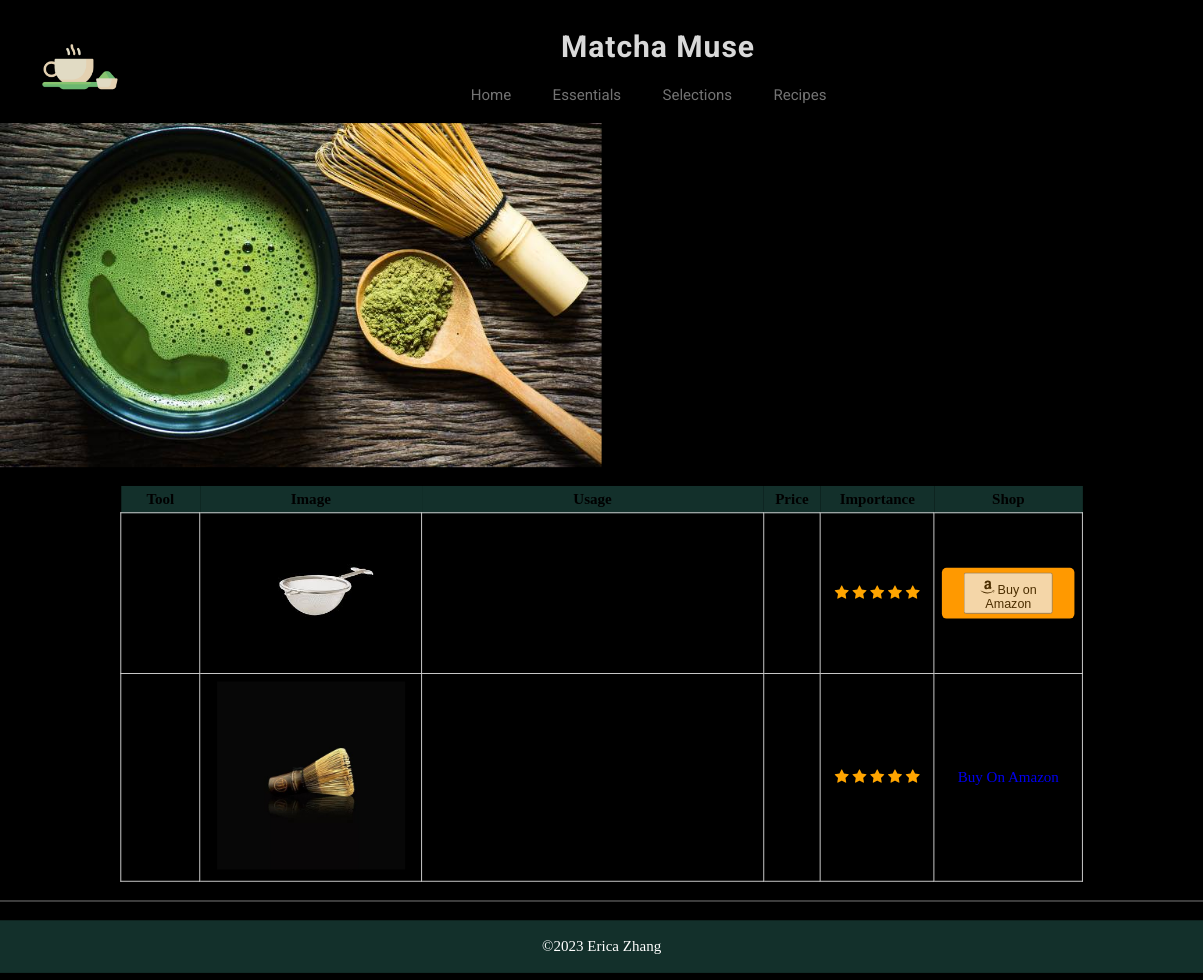
Repository: ericazz17/matchawebsite
Page: essentials.html
The author's editor kept a copy of each file at every save. The page is drawn from the files as they stood at one save, then again after the next save.
The browser window is 1280 px wide. The pictures show the whole page, at 94% of full size.
The pointer rests on the first visible `.buy-now-button`.

Above is the page before, as saved 2023-09-26 05:01:55.

### essentials.html
<!DOCTYPE html>
<html>
<head>
    <title>Matcha Muse</title>
    <link rel="stylesheet" type="text/css" href="essentials.css">
    <link rel="preconnect" href="https://fonts.googleapis.com">
    <link rel="preconnect" href="https://fonts.gstatic.com" crossorigin>
    <link href="https://fonts.googleapis.com/css2?family=Roboto:wght@400;700&display=swap" rel="stylesheet">
    <link rel="stylesheet" href="https://cdnjs.cloudflare.com/ajax/libs/font-awesome/4.7.0/css/font-awesome.min.css">
</head>

<body>
    <header class="header">

        <div class="header-container">
            <div id="icon-container">
                <img class="header-icon" src="images/header-icon.png">
            </div>
            <div id="header-name">
                <h1>Matcha Muse</h1>
            </div>
        </div>

        <nav class="topbar">
            <div class="topbardiv">
                <a class="button" href="main.html">Home</a>
                <a class="button" href="essentials.html">Essentials</a>
                <a class="button" href="selections.html">Selections</a>
                <a class="button" href="recipes.html">Recipes</a>
            </div>
        </nav>
    </header>

    <div class="topsection">
        <div class="topsection-img">
            <img class="matcha-tools" src="images/matcha-tea.jpeg">
        </div>
        <div class="topsection-text">
            <h2 class="toph2">Journey to the Perfect Matcha</h2>
            <h3>Learn about the tools you need for that beautiful green hue and foamy froth of the matcha latte!</h3>
        </div>
    </div>

    <!-- table  -->

    <div class="table-container">
        <table class="info-table">
            <!-- row 1 -->
          <tr>
            <th class="col1">Tool</th>
            <th class="col2">Image</th>
            <th class="col3">Usage</th>
            <th class="col4">Price</th>
            <th class="col5">Importance</th>
            <th class="col6">Shop</th>
          </tr>
          <tr class="row1">
            <td>Sifter</td>
            <td>
                <img class="sifter-image" src="images/sifter2.jpeg" alt="Sifter"></td>
            <td class="r1c3">
                Sifter ensures a smooth and clump-free consistency by breaking up any powder lumps, resulting in a more enjoyable and visually appealing matcha drink.</td>
            <td>
                $7
            </td>
            <td>
                <span class="fa fa-star checked"></span>
                <span class="fa fa-star checked"></span>
                <span class="fa fa-star checked"></span>
                <span class="fa fa-star checked"></span>
                <span class="fa fa-star checked"></span>
            </td>
            <td>
                <a href="https://www.amazon.com/Jade-Leaf-Matcha-Eliminate-Stainless/dp/B092QMWCKK/ref=sr_1_1_sspa?crid=17NF4YJBBYBSW&keywords=matcha+sifter&qid=1695332046&sprefix=matcha+sift%2Caps%2C160&sr=8-1-spons&sp_csd=d2lkZ2V0TmFtZT1zcF9hdGY&psc=1" target="_blank" class="buy-now-button-a">
                    <button class="buy-now-button">
                        <img class="amazon-icon" src="images/amazon-logo.svg" alt="amazon-icon">
                        <span class="amazon-text"> Buy on Amazon</span>
                    </button>
                </a>
            </td>
          </tr>
          <!-- row 2 -->
          <tr class="row1">
            <td>Whisk (Chasen)</td>
            <td>
                <img class="chasen-image" src="images/chasen.jpg" alt="Chasen"></td>
            <td class="r1c3">
                Sifter ensures a smooth and clump-free consistency by breaking up any powder lumps, resulting in a more enjoyable and visually appealing matcha drink.</td>
            <td>
                $7
            </td>
            <td>
                <span class="fa fa-star checked"></span>
                <span class="fa fa-star checked"></span>
                <span class="fa fa-star checked"></span>
                <span class="fa fa-star checked"></span>
                <span class="fa fa-star checked"></span>
            </td>
            <td>
                <div class="buy-now-container">
                    <a href="https://www.amazon.com/Jade-Leaf-Matcha-Eliminate-Stainless/dp/B092QMWCKK/ref=sr_1_1_sspa?crid=17NF4YJBBYBSW&keywords=matcha+sifter&qid=1695332046&sprefix=matcha+sift%2Caps%2C160&sr=8-1-spons&sp_csd=d2lkZ2V0TmFtZT1zcF9hdGY&psc=1" target="_blank" class="buy-now-button">Buy On Amazon</a>
                </div>
            </td>
          </tr>
        </table>
      </div>

    <hr class="separation-line">


</body>

<footer>
    <div class="footer">
        <p>&copy2023 Erica Zhang</p>
    </div>
</footer>

</html>

### essentials.css
body {
    background-color: black;
    width: 100%;
    margin-left: 0px;
    margin-right: 0px;
    margin-top: 0px;
    padding: 0px;
}

.header {
    position: sticky;
    top: 0;
    background-color: black;
    color: #f1f1f1;
    padding: 10px;
    opacity: 0.9;
  }

.header-container{
    max-width: 100%;
    width: 100%;
    text-align: center;
    margin-top: 0px;
    padding: 0px;

}

#header-name{
    text-align: center;
}

h1 {
    font-family: 'Roboto', sans-serif;
    font-size:px;
    letter-spacing: 1px;
}

h2 {
    font-family: 'Roboto', sans-serif;
    font-size:3vw;
    letter-spacing: 1px;
}

.b4h2 {
    white-space: nowrap;
}

h3 {
    font-family: sans-serif;
    font-size:1.5vw;
    letter-spacing: 1px;
    font-weight: 300;
}

#icon-container{
    width: 100px;
    float: left;
    vertical-align: top;
    padding-left: 20px;
}
.header-icon{
    display:flex;
    height:80px;
    margin-left: 15px;
    flex:1;
}
.topbar {

    height: 30px;
    text-align: center;
}
.button {
    color: gray;
    font-family: 'Roboto', sans-serif;
    padding: 10px;
    margin-right: 20px;

}

a {
    text-decoration: none;
}
.button:hover {
    color: white;
    border-color: rgb(61, 35, 13);
    border-width: 1px;
    border-style: solid;
    border-radius: 5px;
}

.button:active {
    color: white;
    border-color: rgb(61, 35, 13);
    border-width: 1px;
    border-style: solid;
    border-radius: 5px;
}

footer {
    background-color: rgb(19, 48, 43);
    color: white;
    padding: 3px;
    display: flex;
    justify-content: space-between;
    text-align:center;
}
.footer {
    text-align: center;
    left: 0;
    bottom: 0;
    width: 100%;
}

/*  */

.topsection {
    width: 100%;
    margin-left: auto;
    margin-right:auto;
    display: flex;
    justify-content: center;
    /* align-items: center; */
}

.topsection-text{
    display: block;
    width: 37%;
    float: left;
    padding-left:3%;
    padding-right: 10%;
    font-family: 'Roboto', sans-serif;
    padding-top: 3%;
    font-weight: 100;
}

.toph2 {
    white-space: nowrap;
}

.topsection-img {
    width: 50%;
    float: left;
    background-size: 100% 100%;
}

.topsection-img img {
    width: 100%;
    height: 100%;
    display:inline-block;
}

.separation-line {
    border: none;
    border-top: 1px solid gray;
    margin: 20px 0;
  }

  .checked {
    color: orange;
  }

  /* table styling */

  .table-container {
    display: flex;
    justify-content: center;
    width: 100%;
  }

  .info-table {
    border-collapse: collapse;
    width: 80%;
    margin-top: 20px;
  }

  .info-table th {
    text-align: center;
    background-color:  rgb(19, 48, 43);
    height: 18px;
    padding-top: 5px;
    padding-bottom: 5px;
}

.r1c3 {
  text-align: left;
}

  .r1c3 {
    text-align: left;
}

  .info-table td {
    border: 0.3px solid lightgray;
    padding: 8px;
  }

  .row1 {
    height: 10px;
    text-align: center;
  }

  .col1 {
    width: 5%;
  }

  .col2 {
    width: 10%;
  }

  .col2 img {
    width:50px;
    height: 50px;
  }
  .col3 {
    width: 30%;
  }

  .col4 {
    width: 5%;
  }

  .col5 {
    width: 10%;
  }

  .col6 {
    width: 13%

  }

  .sifter-image {
    height: 150px;
    width: auto;
    padding-left: 15%;
  }

  a.buy-now-button-a {
    background-color: #FF9900;
    padding: 5px 23px;
    text-decoration: none;
    color: black;
    border: none;
    text-align: center;
    display: inline-block;
    border-radius: 5px;
    vertical-align: center;
}

.buy-now-button:hover {
    opacity:0.7;
}

.chasen-image {
    width: 200px;
    height: auto;
}

.amazon-icon {
    padding-top: 5px;
    width: 15px;
}

/* .amazon-text {
    padding-bottom: 20px;
} */

After the next save:
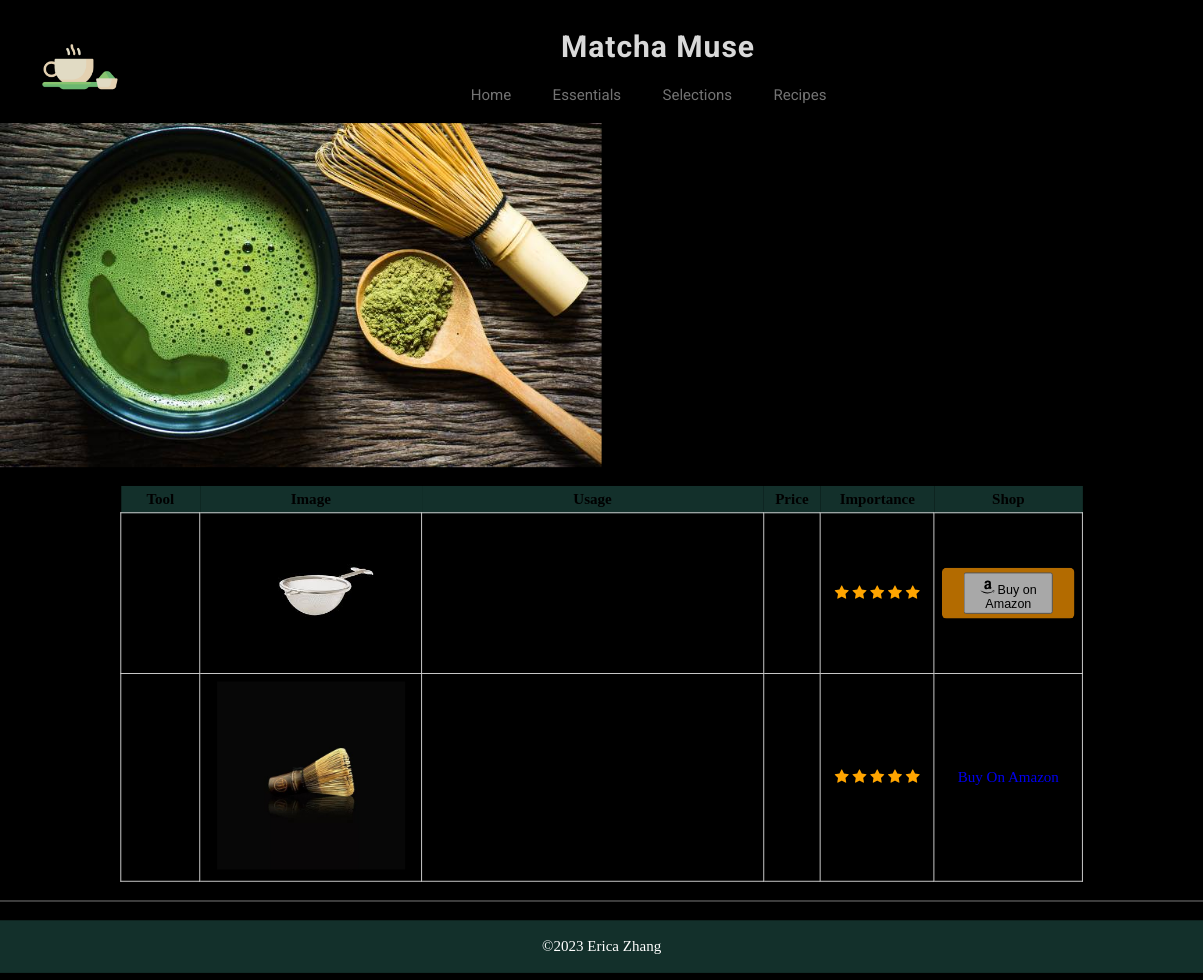
Saved 4 s later.
--- a/essentials.css
+++ b/essentials.css
@@ -246,7 +246,7 @@ footer {
     vertical-align: center;
 }
 
-.buy-now-button:hover {
+.buy-now-button-a:hover {
     opacity:0.7;
 }
 
